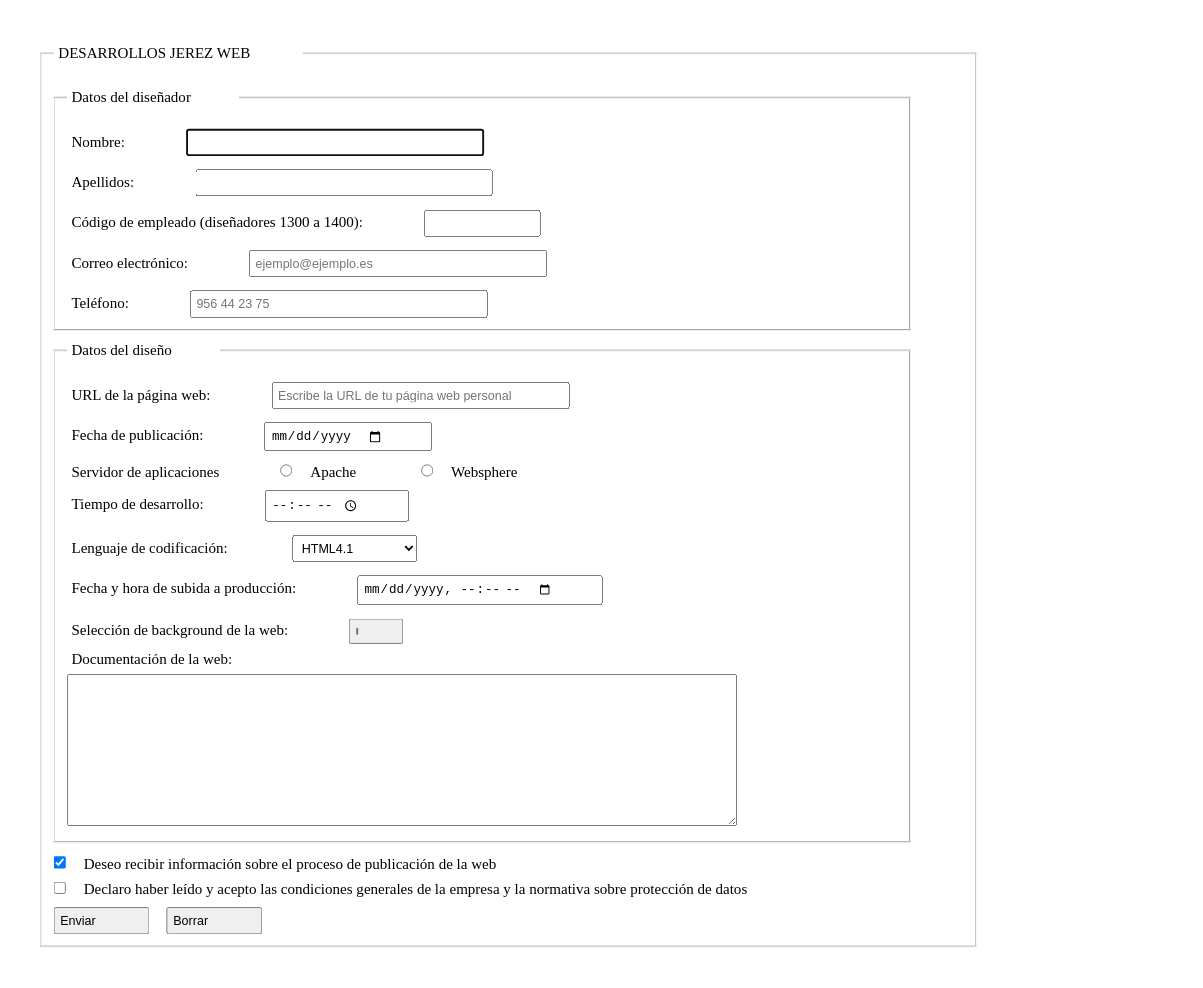
Repository: iSaan86/EV_Practica_FormularioCSS
Page: index.html
The author's editor kept a copy of each file at every save. The page is drawn from the files as they stood at one save, then again after the next save.
The browser window is 1280 px wide. The pictures show the whole page, at 94% of full size.

Above is the page before, as saved 2024-01-11 17:32:52.

### index.html
<!DOCTYPE html>
<html lang="es-ES">

<head>
    <meta charset="UTF-8">
    <meta name="viewport" content="width=device-width, initial-scale=1.0">
    <meta name="keywords" content="formulario, html, css, practica">
    <meta name="description" content="Formularios">
    <meta name="author" content="Alexandra Ferrera Arenas">
    <link rel="icon" type="image/x-icon" href="img/logo-giro.png">
    <link rel="stylesheet" href="css/estilo.css">
    <title> Desarrollos JEREZ WEB </title>
</head>

<body>
    <!-- ABRO FORMULARIO -->
    <form method="get" action="" name="formulario1" id="formulario1">
        <!--AGRUPACION GENERAL-->
        <fieldset>
            <legend class="datos">DESARROLLOS JEREZ WEB</legend>
            <fieldset><legend class="datos2">Datos del diseñador</legend>
                <label for="nombre">Nombre:</label><input type="text" id="nombre" name="nombre" alt="indique su nombre" size="30%" autofocus required maxlength="50"><br>
                <label for="apellidos">Apellidos:</label><input type="text" id="apellidos" name="apellidos" alt="indique sus apellidos" size="30%" required maxlength="50"><br>
                <label for="codigo">Código de empleado (diseñadores 1300 a 1400):</label><input type="number" id="codigo" name="codigo" alt="indique su código de empleado" required min="1300" max="1400"><br>
                <label for="email">Correo electrónico:</label><input type="email" id="email" name="email" alt="indique su email" size="30%" placeholder="ejemplo@ejemplo.es" required><br>
                <label for="telefono">Teléfono:</label><input type="tel" id="telefono"  name="telefono" alt="indique su telefono" size="30%" placeholder="956 44 23 75"><br>
            </fieldset>
            <fieldset><legend class="datos2">Datos del diseño</legend>
                <label for="url">URL de la página web:</label><input type="url" id="url" name="url" alt="indique la URL de tu pagina web personal" size="30%" placeholder="Escribe la URL de tu página web personal"><br>
                <label for="fecha">Fecha de publicación:</label><input type="date" name="fecha" id="fecha"><br>
                <label for="servidor">Servidor de aplicaciones</label><input type="radio" id="apache" name="servidor" alt="verificar apache" value="Apache"><label for="hombre">Apache</label>
                <input type="radio" id="websphere" name="servidor" alt="verificar websphere" value="Websphere"><label for="mujer">Websphere</label><br>
                <label for="tiempo">Tiempo de desarrollo:</label><input type="time" name="tiempo" id="tiempo"><br>
                <label for="lenguaje">Lenguaje de codificación:</label>
                <select id="lenguaje" name="lenguaje" alt="Elija lenguaje de codificación"><br>
                    <option value="html4.1">HTML4.1</option>
                    <option value="xhtml">XHTML</option>
                    <option value="html5">HTML5</option>
                </select><br>
                <label for="fechayhora">Fecha y hora de subida a producción:</label><input type="datetime-local" name="fechayhora" size="30%"><br>
                <label for="fondo">Selección de background de la web:</label><input type="color" name="fondo" size="30%" value="#8ee41b"><br>
                <label for="areatexto">Documentación de la web:</label><br>
                <textarea name="areatexto" cols="80" rows="10"></textarea>
            </fieldset>
            <input type="checkbox" name="acepto1" id="acepto1" alt="Check acepto recibir información" checked><label for="acepto1">Deseo recibir información sobre el proceso de publicación de la web</label><br>
            <input type="checkbox" name="acepto2" id="acepto2" alt="Check acepto condiciones"><label for="acepto1">Declaro haber leído y acepto las condiciones generales de la empresa y la normativa sobre protección de datos</label><br>
            <input type="submit" value="Enviar" alt="enviar formulario">
            <input type="reset" value="Borrar" alt="Borrar formulario">




        </fieldset>
    </form>




</body>





</html>

### css/estilo.css
@charset "UTF-8";

/* Para todo el html */
*{
    padding: 5px;
    margin:7px;
    padding-right: 6%;
}

After the next save:
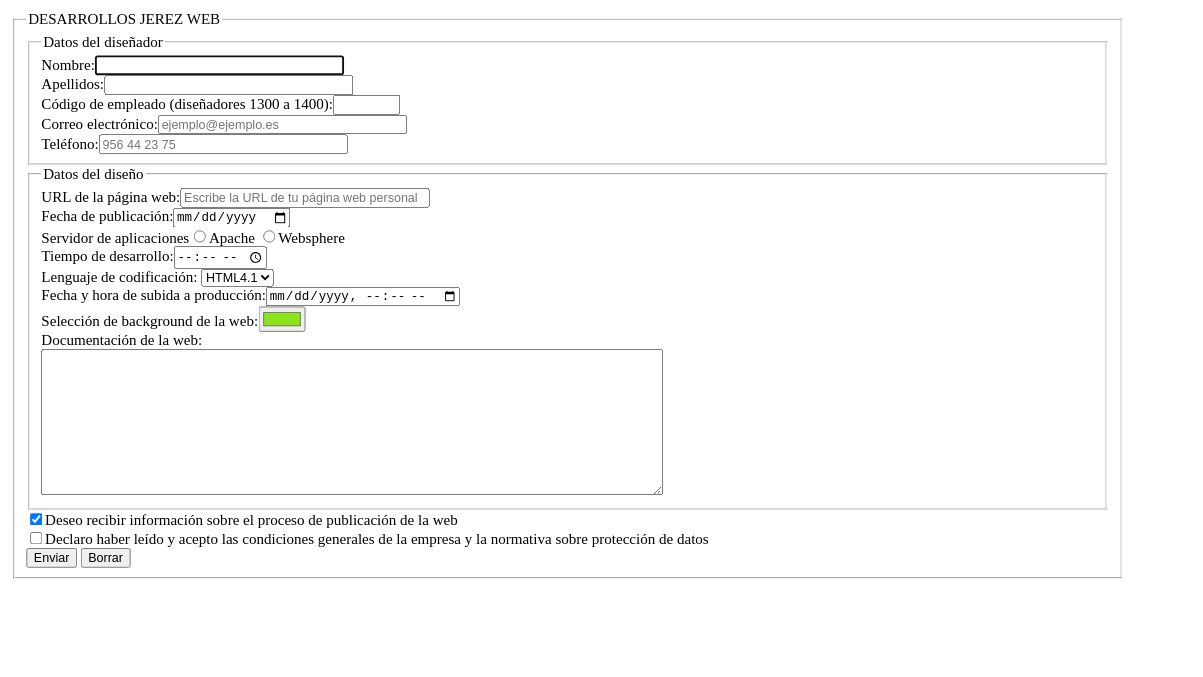
Saved 26 s later.
--- a/css/estilo.css
+++ b/css/estilo.css
@@ -1,7 +1,7 @@
 @charset "UTF-8";
 
 /* Para todo el html */
-*{
+body{
     padding: 5px;
     margin:7px;
     padding-right: 6%;
